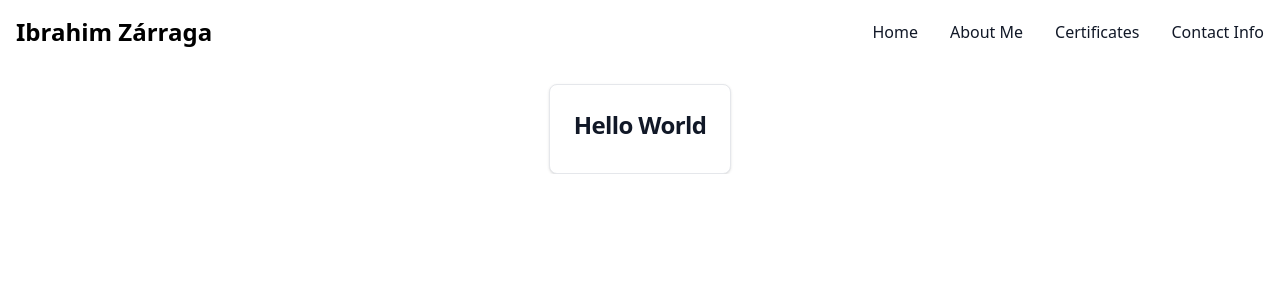
Repository: JetPi/Presentatio-Project
Page: /
An editor plug-in stored every save of this project. The page is shown before and after the next save, followed by the edit.
The browser window is 1280 px wide. The pictures show the whole page.
The project was rebuilt for these pictures with package versions that can differ from the ones it lists, and the page was loaded fresh each time. The framework's server and built-in components were replaced by stand-ins that run in the browser. Also part of the build but not shown: next.config.js.

Above is the page before, as saved 2023-03-30 16:26:16.

### src/pages/_app.tsx
import "@/styles/globals.css";
import type { AppProps } from "next/app";
import { NavBar } from "@/components/NavBar";

const navList = [
  { text: "Home", href: "/" },
  { text: "About Me", href: "/about/me" },
  { text: "Certificates", href: "/about/certificates" },
  { text: "Contact Info", href: "/about/socials" },
];

export default function App({ Component, pageProps }: AppProps) {
  return (
    <>
      <NavBar navList={navList} />
      <Component {...pageProps} />
    </>
  );
}

### src/pages/index.tsx
import Head from "next/head";
import Image from "next/image";
import { Inter } from "next/font/google";
import styles from "@/styles/Home.module.css";
import { Card } from "@/components/Card";
import { CardTitle } from "@/components/Card";
import { NavBar } from "@/components/NavBar";

const inter = Inter({ subsets: ["latin"] });

export default function Home() {
  return (
    <>
      <div className="flex justify-center pt-5">
        <Card href="/about/me">
          <CardTitle>Hello World</CardTitle>
        </Card>
      </div>
    </>
  );
}

### src/styles/globals.css
@tailwind base;
@tailwind components;
@tailwind utilities;

:root {
  --max-width: 1100px;
  --border-radius: 12px;
  --font-mono: ui-monospace, Menlo, Monaco, "Cascadia Mono", "Segoe UI Mono",
    "Roboto Mono", "Oxygen Mono", "Ubuntu Monospace", "Source Code Pro",
    "Fira Mono", "Droid Sans Mono", "Courier New", monospace;

  --foreground-rgb: 0, 0, 0;
  --background-start-rgb: 214, 219, 220;
  --background-end-rgb: 255, 255, 255;

  --primary-glow: conic-gradient(
    from 180deg at 50% 50%,
    #16abff33 0deg,
    #0885ff33 55deg,
    #54d6ff33 120deg,
    #0071ff33 160deg,
    transparent 360deg
  );
  --secondary-glow: radial-gradient(
    rgba(255, 255, 255, 1),
    rgba(255, 255, 255, 0)
  );

  --tile-start-rgb: 239, 245, 249;
  --tile-end-rgb: 228, 232, 233;
  --tile-border: conic-gradient(
    #00000080,
    #00000040,
    #00000030,
    #00000020,
    #00000010,
    #00000010,
    #00000080
  );

  --callout-rgb: 238, 240, 241;
  --callout-border-rgb: 172, 175, 176;
  --card-rgb: 180, 185, 188;
  --card-border-rgb: 131, 134, 135;
}

@media (prefers-color-scheme: dark) {
  :root {
    --foreground-rgb: 255, 255, 255;
    --background-start-rgb: 0, 0, 0;
    --background-end-rgb: 0, 0, 0;

    --primary-glow: radial-gradient(rgba(1, 65, 255, 0.4), rgba(1, 65, 255, 0));
    --secondary-glow: linear-gradient(
      to bottom right,
      rgba(1, 65, 255, 0),
      rgba(1, 65, 255, 0),
      rgba(1, 65, 255, 0.3)
    );

    --tile-start-rgb: 2, 13, 46;
    --tile-end-rgb: 2, 5, 19;
    --tile-border: conic-gradient(
      #ffffff80,
      #ffffff40,
      #ffffff30,
      #ffffff20,
      #ffffff10,
      #ffffff10,
      #ffffff80
    );

    --callout-rgb: 20, 20, 20;
    --callout-border-rgb: 108, 108, 108;
    --card-rgb: 100, 100, 100;
    --card-border-rgb: 200, 200, 200;
  }
}

* {
  box-sizing: border-box;
  padding: 0;
  margin: 0;
}

html,
body {
  max-width: 100vw;
  overflow-x: hidden;
}

body {
  color: rgb(var(--foreground-rgb));
}

a {
  color: inherit;
  text-decoration: none;
}

@media (prefers-color-scheme: dark) {
  html {
    color-scheme: dark;
  }
}

### src/components/NavBar.tsx
import Image from "next/image";
import Link from "next/link";
import { ReactNode } from "react";
type NavData = {
  href: string;
  text: string;
};

interface Props {
  children?: ReactNode | string;
  href?: string;
  navList?: Array<NavData>;
}

function NavItem({ children, href }: Props) {
  return (
    <li>
      <Link
        href={{ pathname: href }}
        className="block py-2 pl-3 pr-4 text-gray-900 rounded hover:bg-gray-100 md:hover:bg-transparent md:border-0 md:hover:text-blue-700 md:p-0 dark:text-white md:dark:hover:text-blue-500 dark:hover:bg-gray-700 dark:hover:text-white md:dark:hover:bg-transparent"
      >
        {children}
      </Link>
    </li>
  );
}

export function NavBar({ navList }: Props) {
  return (
    <nav className="bg-white border-gray-200 dark:bg-gray-900">
      <div className="max-w-screen-xl flex flex-wrap items-center justify-between mx-auto p-4">
        <a href="https://flowbite.com/" className="flex items-center">
          <span className="self-center text-2xl font-semibold whitespace-nowrap dark:text-white">
            Ibrahim Zárraga
          </span>
        </a>
        <button
          data-collapse-toggle="navbar-default"
          type="button"
          className="inline-flex items-center p-2 ml-3 text-sm text-gray-500 rounded-lg md:hidden hover:bg-gray-100 focus:outline-none focus:ring-2 focus:ring-gray-200 dark:text-gray-400 dark:hover:bg-gray-700 dark:focus:ring-gray-600"
          aria-controls="navbar-default"
          aria-expanded="false"
        ></button>
        <div className="hidden w-full md:block md:w-auto" id="navbar-default">
          <ul className="font-medium flex flex-col p-4 md:p-0 mt-4 border border-gray-100 rounded-lg bg-gray-50 md:flex-row md:space-x-8 md:mt-0 md:border-0 md:bg-white dark:bg-gray-800 md:dark:bg-gray-900 dark:border-gray-700">
            {navList?.map((item) => {
              return (
                <NavItem href={item.href} key={Math.random()}>
                  {item.text}
                </NavItem>
              );
            })}
          </ul>
        </div>
      </div>
    </nav>
  );
}

### src/components/Card.tsx
import Link from "next/link";
import { ReactNode } from "react";
interface Props {
  children?: ReactNode;
  href?: string;
}

export function Card({ href, children }: Props) {
  return (
    <Link
      href={{ pathname: href }}
      className="p-6 bg-white border border-gray-200 rounded-lg shadow hover:bg-gray-100 dark:bg-gray-800 dark:border-gray-700 dark:hover:bg-gray-700"
    >
      {children}
      <p className="font-normal text-gray-700 dark:text-gray-400"></p>
    </Link>
  );
}

export function CardTitle({ children }: Props) {
  return (
    <h5 className="mb-2 text-2xl font-bold tracking-tight text-gray-900 dark:text-white">
      {children}
    </h5>
  );
}

Loaded but not shown: src/pages/_document.tsx (common file); tailwind.config.js (common file)

After the next save:
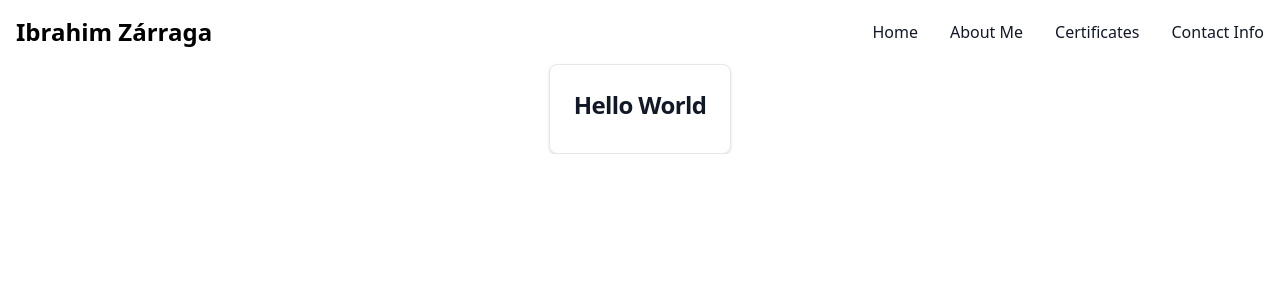
Saved 28 s later.
--- a/src/pages/index.tsx
+++ b/src/pages/index.tsx
@@ -11,7 +11,7 @@
 export default function Home() {
   return (
     <>
-      <div className="flex justify-center pt-5">
+      <div className="flex justify-center ">
         <Card href="/about/me">
           <CardTitle>Hello World</CardTitle>
         </Card>

After the save that followed:
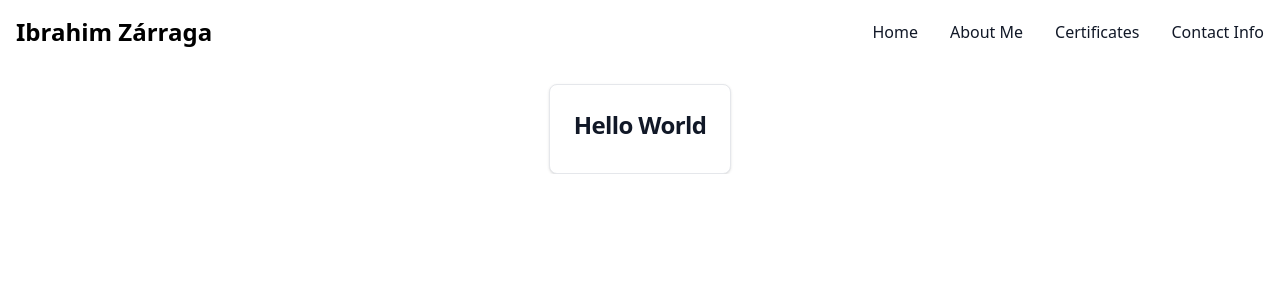
Saved 4 s later.
--- a/src/pages/index.tsx
+++ b/src/pages/index.tsx
@@ -11,7 +11,7 @@
 export default function Home() {
   return (
     <>
-      <div className="flex justify-center ">
+      <div className="flex justify-center pt-5">
         <Card href="/about/me">
           <CardTitle>Hello World</CardTitle>
         </Card>
